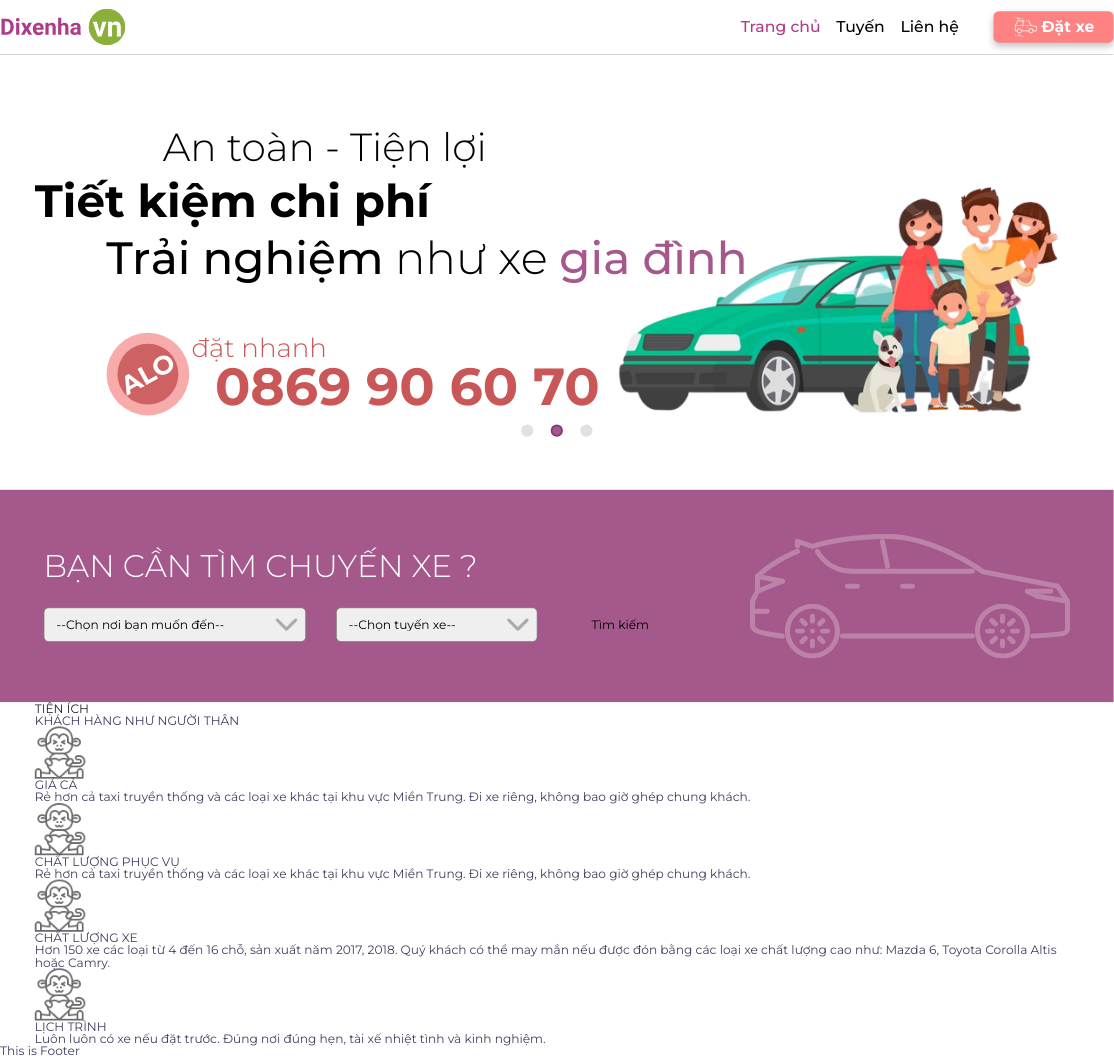
Repository: thanhthien0706/last_project--fe004
Page: lastProductF004/dist/index.html
The author's editor kept a copy of each file at every save. The page is drawn from the files as they stood at one save, then again after the next save.
The browser window is 1280 px wide. The pictures show the whole page, at 87% of full size.
Some web libraries are served in a nearby version. The style sheet was rebuilt from its Sass, Less or Tailwind sources for each picture, by a compiler version that may differ from the author's.

Above is the page before, as saved 2021-09-16 21:34:02.

After the next save:
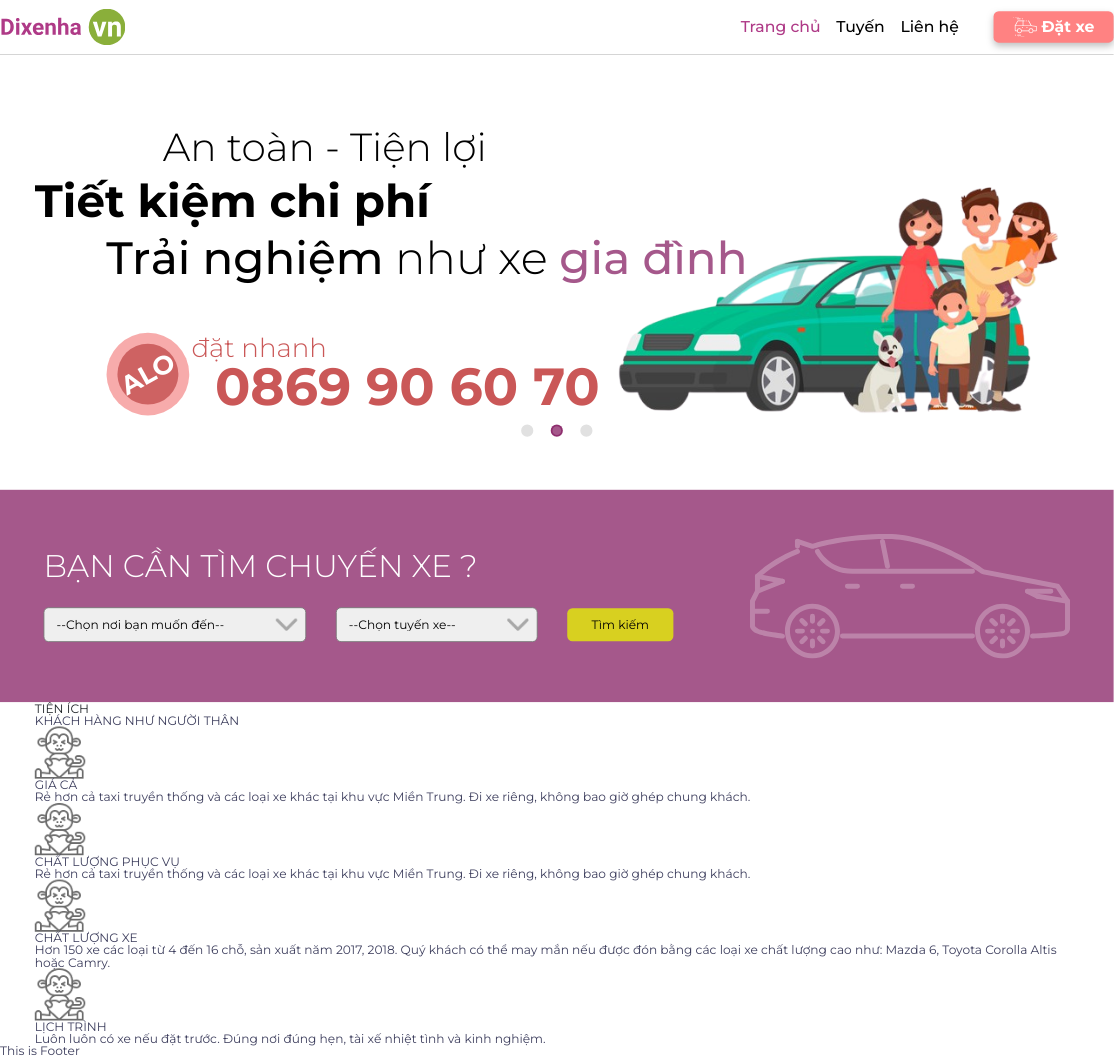
Saved 45 s later.
--- a/lastProductF004/src/styles/pages/_homepage.scss
+++ b/lastProductF004/src/styles/pages/_homepage.scss
@@ -204,6 +204,7 @@ html {
                     border-radius: 6px;
                     color: #000;
                     @include font_size(14);
+                    background-color: #D8D020;
                 }
             }
         }
